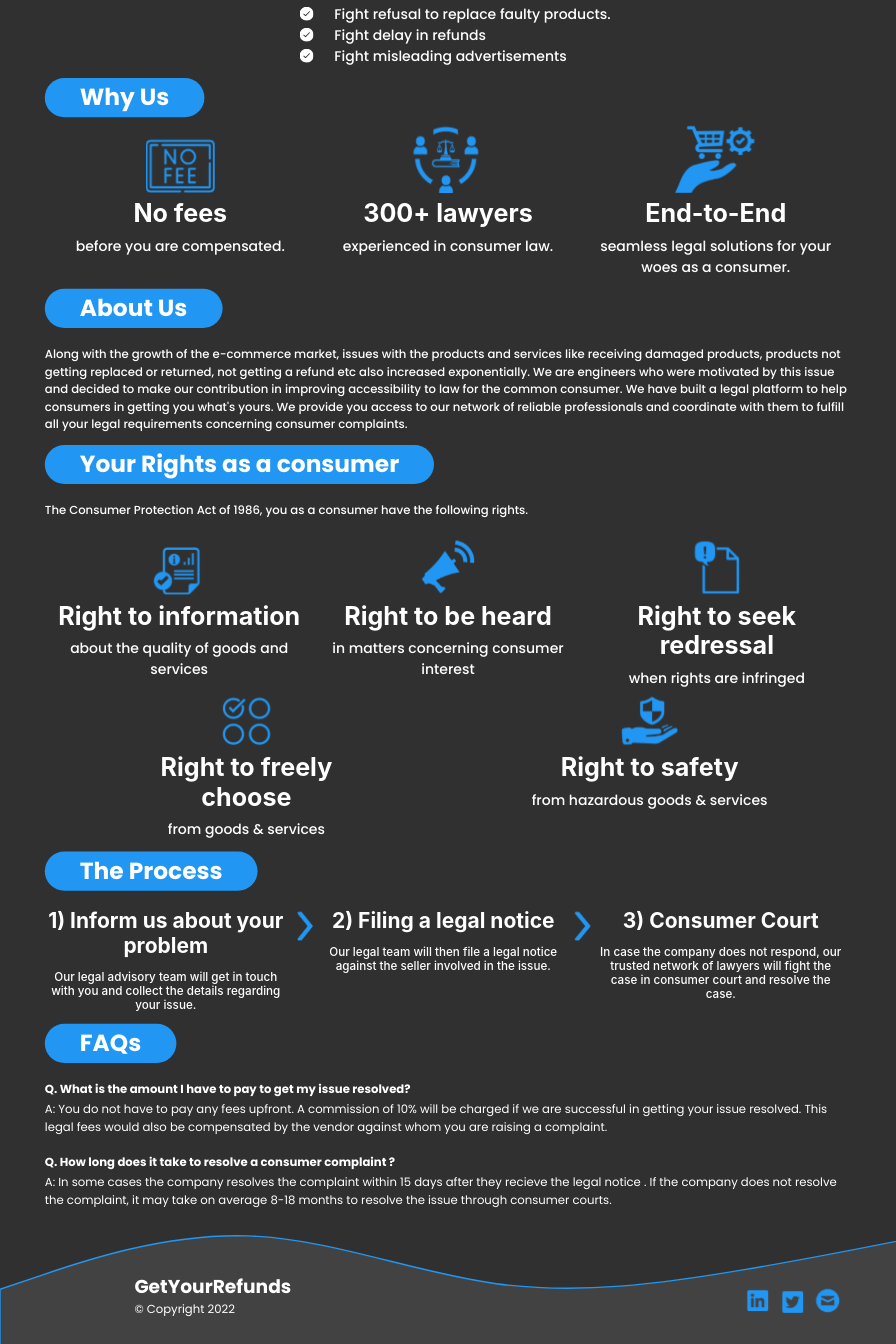
Repository: Eren00Yeager/initial-survey
Page: /consumer-complaints
These files come from the project's save history. The page is drawn as it stood at one moment and after the next save; the edit follows.
The browser window is 1280 px wide. The pictures show the part of the page from y = 692 to 2612 px (the page is 2612 px tall), at 70% of full size.
Some web fonts or font styles are not loaded; a fallback is used. The project was rebuilt for these pictures with package versions that can differ from the ones it lists, and the page was loaded fresh each time. The framework's server and built-in components were replaced by stand-ins that run in the browser. Also part of the build but not shown: next.config.js.

Above is the page before, as saved 2022-06-21 13:20:39.

### styles/globals.scss
@import "~bootstrap/scss/bootstrap";
html,
body {
  padding: 0;
  margin: 0;
  font-family: -apple-system, BlinkMacSystemFont, Segoe UI, Roboto, Oxygen,
    Ubuntu, Cantarell, Fira Sans, Droid Sans, Helvetica Neue, sans-serif;
}

a {
  color: inherit;
  text-decoration: none;
}

* {
  box-sizing: border-box;
}

### styles/consumer.module.css
@import url('https://fonts.googleapis.com/css2?family=Poppins:wght@700&display=swap');
@import url('https://fonts.googleapis.com/css2?family=Poppins:wght@500&display=swap');
@import url('https://fonts.googleapis.com/css2?family=Poppins:wght@400&display=swap');
@import url('https://fonts.googleapis.com/css2?family=Playfair+Display:wght@400&display=swap');
@import url('https://fonts.googleapis.com/css2?family=Roboto:wght@700&display=swap');
@import url('https://fonts.googleapis.com/css2?family=Roboto:wght@400&display=swap');
@import url('https://fonts.googleapis.com/css2?family=Open+Sans:wght@700&display=swap');
@import url('http://fonts.cdnfonts.com/css/sf-pro-display');
.container{font-size:2.083vw;}
@media only screen and (max-width: 900px) {
    .container{font-size:16px;}
    .log{
        width:  60px;
        height: 60px;
        }
    .container{
        background-color: #303030;
        /* background-image: linear-gradient(to top,#712020, #FF9C60); */
        /* min-height: 100vh; */
        width: 100%;
        display: flex;
        flex-direction: column;
        justify-content: space-between;
        row-gap: 30px;
        padding: 5px 10px;
        }
      .main{
        /* background-color: #FF9C60; */
        display: flex;
        flex-direction: column-reverse;
        justify-content: center;
        align-items: center;
        row-gap: 30px;
    }
    .frm{
        width: 90%;
        border: 2px solid #2196F3;
        border-radius: 20px;
        background-color: #424242;
        display: flex;
        flex-direction: column;
        padding: 8px 15px 8px 15px;
        row-gap: 20px;
    }

      .fm{
        display: flex;
        flex-direction:column;
        /* background-color: aqua; */
        /* align-items: center; */
        }
        .hd{
            font-size: 32px;
            color: #FFFFFF;
            text-align: center;
            font-family: 'Open Sans Condensed';
            font-style: normal;
            font-weight: 700;
            line-height: 44px;
            }
            .head{
            display: flex;
            flex-direction: row;
            align-items: center;
            width:90%;
            margin-left: auto;
            margin-right: auto;
            justify-content: space-between;
            }
      .btn{
        background-color: #FFFFFF;
        border: none;
        border-radius: 50px;
        padding: 0px 10px;
        font-family: 'Poppins';
        font-style: normal;
        font-weight: 700;
        color: 000000;
        font-size: 1em;

      }
      .t1{
          position: absolute;
          top:0;
        }

      .m1{
          display: flex;
          flex-direction: column;
          background-color: aquamarine;

      }
      .grev{
        color: #BBDEFB;
        text-align: center;
        font-family: 'Roboto';
         font-style: normal;
         font-weight: 700;
         font-size: 24px;
     }
     .nam{
     font-family: 'Poppins';
     font-style: normal;
     font-weight: 700;
     font-size: 20px;
     color: #FFFFFF;

     }
     .plc{
     font-family: 'Poppins';
     font-style: normal;
     font-weight: 500;
     font-size: 20px;
     line-height: 30px;
     border-radius: 20px;
     color: #A6A6A6;
     padding: 5px 20px;
     border:none;
     width:100%;
     }
     .check{
         width:25px;
         height: 25px;
     }
     .int{
         display: flex;
         flex-direction: row;
         column-gap: 10px;
         align-items: center;
     }
     .terms{

        color:#FFFFFF;
        align-self: center;
        font-family: 'Roboto';
        font-style: normal;
        font-weight: 500;
        font-size: 16px;
        line-height: 19px;
        width:100%;
        text-align: center;
     }
     .sub{
     background-color: #2196F3;
     border: none;
     color: #FFFFFF;
     border-radius: 10px;
     padding-top: 10px;
     padding-bottom: 10px;
     width:100%;
     }
     .details{
         display: flex;
         flex-direction: column;
         row-gap: 5px;
     }
     .tct{
         width:90%;
         position: relative;
         text-align: center;
         height: 300px;
        display: flex;
        flex-direction: column;
        align-items: center;
        justify-content: flex-end;

     }
     .py{
         bottom: 0;
         /* position: absolute; */
     }
      .title{
      font-family: 'Poppins';
      font-style: normal;
      font-weight: 700;
      display: flex;
      flex-direction: column;
      font-family: 'Poppins';
        font-style: normal;
        font-weight: 700;

      }
      .title1{
      font-size: 20px;
      color:white;
      font-size: 32px;
      line-height: 48px;


      }
      .title2{
      font-size: 24px;
      color: #FFFFFF;


      }
      .center{
          text-align: center;
      }
      .brown{
          color: #712020;
      }
      .tnk{
        width:90%;
        }
        .thank{
            font-family: 'Poppins';
            font-style: normal;
            font-weight: 700;
            font-size: 32px;
            line-height: 48px;
            text-align: center;

            color: #9E9CFF;
        }
      .mid{
      font-family: 'Poppins';
      font-style: normal;
      font-weight: 500;
      font-size: 18px;
      text-align:center;
      color: white;
      }
      .cont{
        /* min-height:70vh; */
        display:flex;
        flex-direction:column;
        justify-content:space-evenly;
        row-gap: 20px;
    }
    .cont1{
        display: flex;
        flex-direction: column;
        row-gap: 20px;
    }

      .p{
        display: flex;
        flex-direction: row;
      }
      .t{
    font-family: 'Poppins';
    font-style: normal;
    font-weight: 500;
    font-size: 18px;
    color: #FFFFFF;
    position: relative;
    left: 15px;
    display: flex;
    flex-direction:row;
    /* align-items:center; */
      }
      .i{
        height: 30px;
        width:30px;
        display:flex;
        flex-direction:row;
        align-items:center;
    }
    .points{
    display:flex;
    flex-direction:row;
    /* padding-top: 40px; */
    }
    .p{
    display: flex;
    flex-direction: row;
    }
      .f1{
      font-family: 'Poppins';
      font-style: normal;
      font-weight: 700;
      font-size: 16px;
      line-height: 24px;
      color: #FFFFFF;
      position: relative;
      left: 5px;
      }
      .f3{
          display: flex;
          flex-direction: column;
      }

      .fo{
        padding: 10px 10px;
        display: flex;
        flex-direction: column;
        row-gap: 10px;
    }
    .err{
        font-family: 'Poppins';
        font-style: normal;
        font-weight: 500;
        color: rgb(109, 0, 0);
        }
    .fo{
        display: flex;
        flex-direction: column;
        row-gap: 20px;
        /* background-color: #9E9CFF; */
        margin-left: auto;
        margin-right: auto;
        width: 90%;
        }
        .fwrap{
            display: flex;
            flex-direction: column;
            margin-left: auto;
            margin-right: auto;
            width: 100%;
        }
        .box{
            width:100%;
            /* background-color: #712020; */
            display: flex;
            flex-direction: column;
            row-gap: 10px;
            margin-left: auto;
            margin-right: auto;
        }
        .bsvg{
            display: flex;
            flex-direction: column;
            justify-content: flex-end;
            height: 40vw;
            /* background-color: #BBDEFB; */
            width:100%;
            align-items: center;
            /* background-color: #712020; */
        }
        .des1{
            font-family: 'SF Pro Display';
            font-style: normal;
            font-weight: 700;
            font-size: 7vw;
            line-height: 3.320vw;
            text-align: center;
        }
        .des2{
        font-family: 'Poppins';
        font-style: normal;
        font-weight: 500;
        font-size: 4.5vw;
        text-align: center;
        }
        .sech{
            background: #2196F3;
            border-radius: 50px;
            align-self: flex-start;
            font-family: 'Poppins';
            font-style: normal;
            font-weight: 700;
            font-size: 30px;
            text-align: center;
            color: #FFFFFF;
            padding: 3px 10px;
            }
            .abt{
                font-family: 'Poppins';
                font-style: normal;
                font-weight: 500;
                font-size: 15px;

                color: #FFFFFF;
                }
                .proc{
                    display: flex;
                    flex-direction: column;

                    align-items: center;
                 }

                 .pu{
                    font-family: 'SF Pro Display';
                    font-style: normal;
                    font-weight: 700;
                    font-size: 23px;
                    color: #FFFFFF;
                }
                .pd{
                    font-family: 'SF Pro Display';
                    font-style: normal;
                    font-weight: 500;
                    font-size: 18px;
                    color: #FFFFFF;

                }
                .pr{
                    display: flex;
                    flex-direction: column;
                    row-gap: 1.302vw;
                    width: 100%;
                }

                .ques{
                    font-family: 'Poppins';
                    font-style: normal;
                    font-weight: 700;
                    font-size: 18px;
                    color: #FFFFFF;
                }
                .ans{

                    font-family: 'Poppins';
                    font-style: normal;
                    font-weight: 400;
                    font-size: 15px;

                    color: #FFFFFF;

                }
                .ftxt{
                    font-family: 'Poppins';
                    font-style: normal;
                    font-weight: 700;
                    font-size: 20px;
                    color: #FFFFFF;
                }
                .cprt{

                    font-family: 'Poppins';
                    font-style: normal;
                    font-weight: 400;
                    color: #FFFFFF;

                }

                .foot{
                    /* background-color: pink; */
                    display: flex;
                    flex-direction: column;
                    row-gap: 20px;
                    width: 100%;
                    align-items: center;
                }
                .ab1{


                   /* background-color: #712020; */

                }
                .ab2{

                    display: flex;
                    flex-direction: row;
                    column-gap: 0.651vw;

                }

.qa{
    display: flex;
    flex-direction: column;
    row-gap: 10px;
}
.sect{
    display: flex;
    flex-direction: column;
    row-gap:20px;
    width:90%;
    /* background-color: #FFFFFF; */
    margin-left: auto;
    margin-right: auto;
    }


 }


 @media only screen and (min-width: 900px) {
    .sect{
        display: flex;
        flex-direction: column;
        row-gap: 1.953vw;
        width:90%;
        /* background-color: #FFFFFF; */
        margin-left: auto;
        margin-right: auto;
        }

.qa{
    display: flex;
    flex-direction: column;
    row-gap: 0.326vw;
}

    .foot{
        /* background-color: pink; */
        display: flex;
        flex-direction: row;
        align-items: flex-end;
        width: 100%;
        position: relative;
    }
    .ab1{
        position: absolute;
        z-index: 10;
        left: 15%;
       /* background-color: #712020; */
       bottom: 3vw;
    }
    .ab2{
        position: absolute;
        display: flex;
        flex-direction: row;
        column-gap: 0.651vw;
        z-index: 10;
        right: 6%;
        bottom: 3vw;

    }
    .ques{
        font-family: 'Poppins';
        font-style: normal;
        font-weight: 700;
        font-size: 1.302vw;
        line-height: 1.953vw;
        color: #FFFFFF;
    }
    .ans{

        font-family: 'Poppins';
        font-style: normal;
        font-weight: 400;
        font-size: 1.302vw;
        line-height: 1.953vw;

        color: #FFFFFF;

    }
    .ftxt{
        font-family: 'Poppins';
        font-style: normal;
        font-weight: 700;
        font-size: 2.083vw;
        line-height:3.125vw;

        color: #FFFFFF;
    }
    .cprt{

        font-family: 'Poppins';
        font-style: normal;
        font-weight: 400;
        font-size: 1.302vw;
        line-height: 1.953vw;

        color: #FFFFFF;

    }
    .pr{
        display: flex;
        flex-direction: column;
        row-gap: 1.302vw;
        width: 30%;
    }
    .pu{
        font-family: 'SF Pro Display';
        font-style: normal;
        font-weight: 700;
        font-size: 2.344vw;
        line-height: 2.799vw;
        text-align: center;

        color: #FFFFFF;
    }
    .pd{
        font-family: 'SF Pro Display';
        font-style: normal;
        font-weight: 500;
        font-size: 1.302vw;
        line-height: 1.563vw;
        text-align: center;

        color: #FFFFFF;

    }
    .proc{
        display: flex;
        flex-direction: row;
     }
    .abt{
        font-family: 'Poppins';
        font-style: normal;
        font-weight: 500;
        font-size: 1.302vw;
        line-height: 1.953vw;
        color: #FFFFFF;
        }

    .sech{
        background: #2196F3;
        border-radius: 50px;
        align-self: flex-start;
        font-family: 'Poppins';
        font-style: normal;
        font-weight: 700;
        font-size: 2.604vw;
        text-align: center;
        color: #FFFFFF;
        padding: 3px 50px;
        }
    .des1{
        font-family: 'SF Pro Display';
        font-style: normal;
        font-weight: 700;
        font-size: 2.799vw;
        line-height: 3.320vw;
        text-align: center;
    }
    .des2{
    font-family: 'Poppins';
    font-style: normal;
    font-weight: 500;
    font-size: 1.563vw;
    text-align: center;
    }
    .bsvg{
        display: flex;
        flex-direction: column;
        justify-content: flex-end;
        height: 6.510vw;
        /* background-color: #BBDEFB; */
        width:100%;
        align-items: center;
        /* background-color: #712020; */
    }

    .box{
        width:33%;
        display: flex;
        flex-direction: column;
        row-gap: 0.651vw;
        /* background-color: brown; */
        /* flex: 1 1 500px; */
    }
    .fwrap{
        display: flex;
        flex-wrap: wrap;
        /* width:80%; */
        margin-left: auto;
        margin-right: auto;

        justify-content: space-around;
    }
.log{
width: 5.208vw;
height:5.208vw;
}
.err{
font-family: 'Poppins';
font-style: normal;
font-weight: 500;
/* text-align:center; */
color: rgb(109, 0, 0);
font-size: 0.5em;
}
.container{
background-color: #303030;
/* background-image: linear-gradient(to top,#712020, #FF9C60); */
min-height: 100vh;
display: flex;
flex-direction: column;
justify-content: space-between;
row-gap: 1.302vw;
}
.title{
    font-family: 'Poppins';
    font-style: normal;
    font-weight: 700;
    /* text-align: center; */
    display: flex;
    flex-direction: column;
    align-items: flex-start;
    }
.hd{
font-size: 2em;
/* line-height: 1.1em; */
/* background-color: blue; */
color: #FFFFFF;
text-align: center;
font-family: 'Open Sans Condensed';
font-style: normal;
font-weight: 700;
/* font-size: 75px; */
line-height: 6.641vw;
}

.btn{
background-color: #FFFFFF;
border: none;
border-radius: 3.255vw;
padding: 0 1.302vw;
font-family: 'Poppins';
font-style: normal;
font-weight: 700;
color: 000000;
font-size: 1em;

}
.head{
display: flex;
flex-direction: row;
align-items: center;
/* background-color: yellow; */
/* padding:10px 20px 0px 60px; */
width:90%;
margin-left: auto;
margin-right: auto;
/* margin: auto; */
/* background-color: #BBDEFB; */
justify-content: space-between;
}
.main{
    /* background-color: #FF9C60; */
    display: flex;
    flex-direction: row;
    justify-content: space-around;
    align-items: center;
    width: 90%;
    margin-left: auto;
    margin-right: auto;
}
.frm{
    width: 40%;
    /* height: 60vh; */
    border: 0.130vw solid #2196F3;
    border-radius: 20px;
    background-color: #424242;
    display: flex;
    flex-direction: column;
    justify-content: space-between;
    padding: 0.521vw 0vw 0.521vw 0vw;
    row-gap: 1.302vw;
}
.t1{
    position: absolute;
    display: flex;
    flex-direction: column;
    top:0;
}
.py{

    /* background-color: yellow; */
    position: relative;
    top:12%;

    /* position: absolute; */

    /* margin-right: auto; */
    /* top: 50px; */
}
.grev{
   color: #BBDEFB;
   text-align: center;
   font-family: 'Roboto';
    font-style: normal;
    font-weight: 700;
    font-size: 1.563vw;
}

.nam{
font-family: 'Poppins';
font-style: normal;
font-weight: 700;
font-size: 1.302vw;
color: #FFFFFF;
/* line-height: 36px; */
}
.plc{
font-family: 'Poppins';
font-style: normal;
font-weight: 500;
font-size: 1.302vw;
line-height: 1.953vw;
border-radius: 20px;
color: #A6A6A6;
padding: 5px 20px;
border:none;
width:100%;
}
.check{
    width:20px;
    height: 20px;
}
.int{
    display: flex;
    flex-direction: row;
    column-gap: 0.651vw;
    align-items: center;
}
.terms{
    color:#FFFFFF;
    align-self: center;
    font-family: 'Roboto';
    font-style: normal;
    font-weight: 500;
    font-size: 1.042vw;
    /* line-height: 19px; */
    /* background-color: yellow; */
    width:80%;
    text-align: center;
}
.sub{
background-color: #2196F3;
border: none;
color: #FFFFFF;
border-radius: 10px;
padding-top: 5px;
padding-bottom: 5px;
width: 40%;
}
.details{
    display: flex;
    flex-direction: column;
    row-gap: 5px;
    margin-left: auto;
    margin-right: auto;
    width:80%;
}
.tnk{
width:40%;
}
.thank{
font-family: 'Poppins';
font-style: normal;
font-weight: 700;
font-size: 4.167vw;
line-height: 6.250vw;
text-align: center;

color: #9E9CFF;
}
.tct{
    min-width:50%;
    /* background-color: pink; */
    /* padding-left: 20px; */
    position: relative;
    /* text-align: center; */
    /* border: 2px solid black; */
    height:29.948vw;
    display: flex;
    flex-direction: column;
    align-items: center;

}
.title{
font-family: 'Poppins';
font-style: normal;
font-weight: 700;
/* line-height: 1em; */
color: #FFFFFF;
}
.title1{
text-align: center;
font-weight: 700;
font-size: 1.8em;
line-height: 1.3em;
}
.title2{
    font-size: 2.344vw;
    line-height: 3.516vw;
    margin: auto;
}
.fo{
   display: flex;
   flex-direction: column;
   row-gap: 20px;
   /* background-color: #9E9CFF; */
   margin-left: auto;
   margin-right: auto;
   width: 70%;
}
.mid{
font-family: 'Poppins';
font-style: normal;
font-weight: 500;
text-align:center;
color: white;
font-size: 20px;
line-height: 1.7em;
}
.i{
    /* background-color:pink; */
    height: 30px;
    width:30px;
    display:flex;
    flex-direction:row;
    align-items:center;
}

.points{
text-align:center;
/* background-color:pink; */
display:flex;
flex-direction:row;
justify-content:center;
padding-top: 10px;
}
.p{
display: flex;
flex-direction: row;
}
.t{
font-family: 'Poppins';
font-style: normal;
font-weight: 500;
font-size: 20px;
color: #FFFFFF;
position: relative;
left: 20px;
display: flex;
flex-direction:row;
align-items:center;
}

.f1{
font-family: 'Poppins';
font-style: normal;
font-weight: 700;
font-size: 1em;
line-height: 54px;
color: #FFFFFF;
text-align:center;
}
.cont{
    min-height:70vh;
    display:flex;
    flex-direction:column;
    justify-content:space-evenly;
}

.i1{
justify-content: center;
display:flex;
flex-direction:row;
justify-content:center;
padding:8px 0px;
}
.i2{
text-align:center;
}

}


.des{
color: #FFFFFF;
display: flex;
flex-direction: column;
row-gap: 10px;
/* background-color: #712020; */
/* row-gap: 10px; */
}


.svg{
    /* background-color: yellow; */
    align-self: center;
    display: flex;
    flex-direction: row;
    justify-content: center;
    align-items:flex-end;
    width: 3.255vw;
    position: 'relative';
}

.s{
   overflow: hidden;
}

Loaded but not shown: pages/_app.js (common file); pages/consumer-complaints.jsx (350 lines, source omitted)

After the next save:
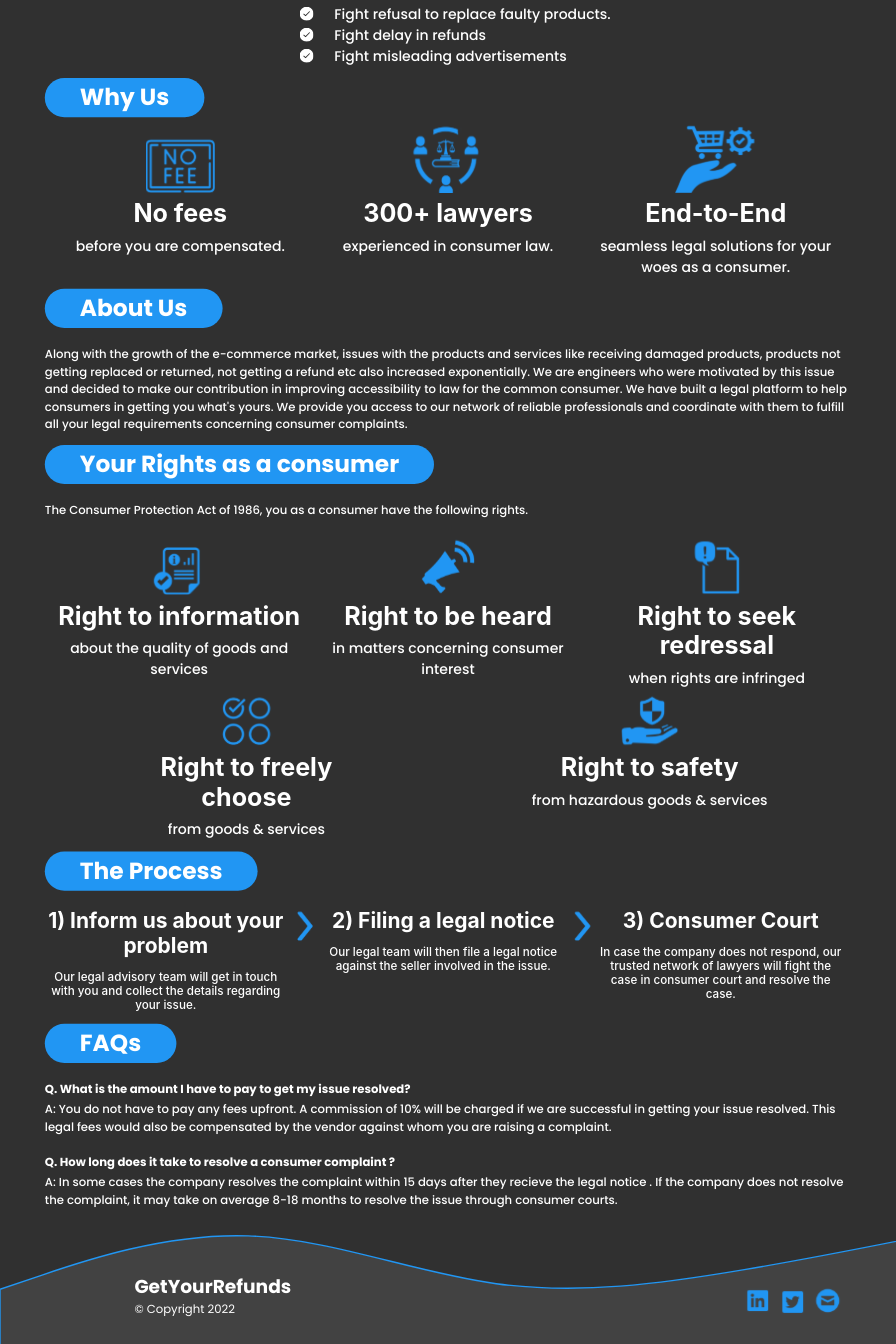
Saved 14 s later.
--- a/styles/consumer.module.css
+++ b/styles/consumer.module.css
@@ -520,7 +520,7 @@
 
         font-family: 'Poppins';
         font-style: normal;
-        font-weight: 400;
+        font-weight: 500;
         font-size: 1.302vw;
         line-height: 1.953vw;
 
